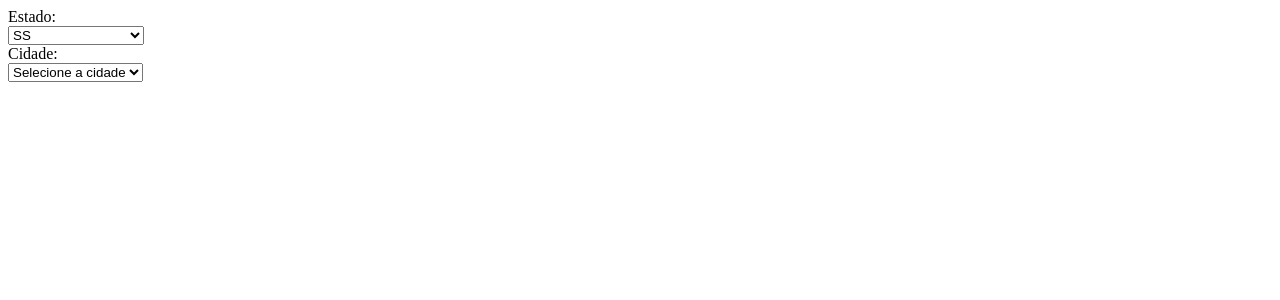
Repository: NicholasMaestrello/treinamento-impacta
Page: DesenvolvimentoJava/Modulo06/04_ConceitosJQuey/WebContent/exemplo_jquery03.html
The author's editor kept a copy of each file at every save. The page is drawn from the files as they stood at one save, then again after the next save.
The browser window is 1280 px wide. The pictures show the whole page.
After loading, the first visible `#estado` was changed once.
Some web libraries are served in a nearby version.

Above is the page before, as saved 2017-10-19 18:48:46.

After the next save:
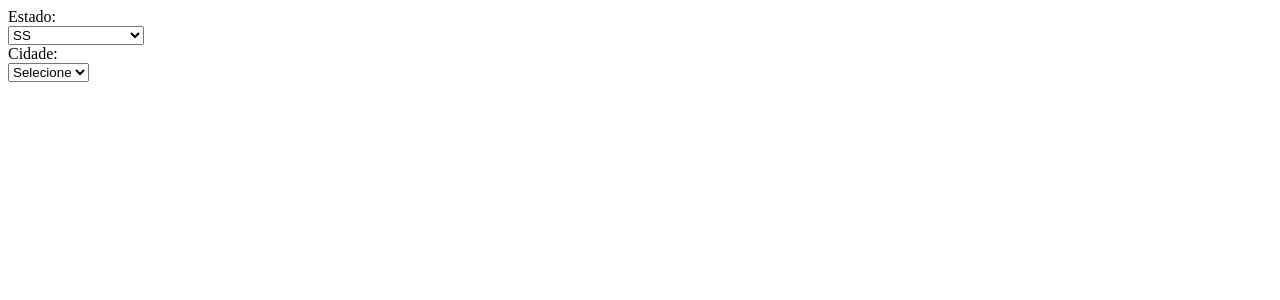
Saved 2 min 41 s later.
--- a/DesenvolvimentoJava/Modulo06/04_ConceitosJQuey/WebContent/exemplo_jquery03.js
+++ b/DesenvolvimentoJava/Modulo06/04_ConceitosJQuey/WebContent/exemplo_jquery03.js
@@ -32,6 +32,7 @@ $(document).ready(function(){
 			return value.idestado == idestado
 		})
 
+		$("#cidade").html("<option>Selecione</option>")
 		cidFiltradas.forEach(function(el, i, a){
 			$('#cidade').append($("<option>", {
 					value: el.id,
